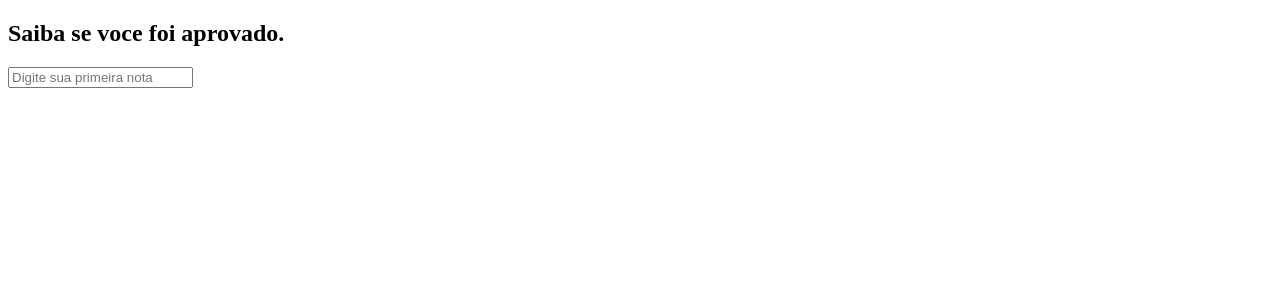
Repository: analessp/logica1
Page: index.html
These files come from the project's save history. The page is drawn as it stood at one moment and after the next save; the edit follows.
The browser window is 1280 px wide. The pictures show the whole page.

Above is the page before, as saved 2025-04-30 08:47:28.
Console error: SyntaxError: Illegal return statement

After the next save:
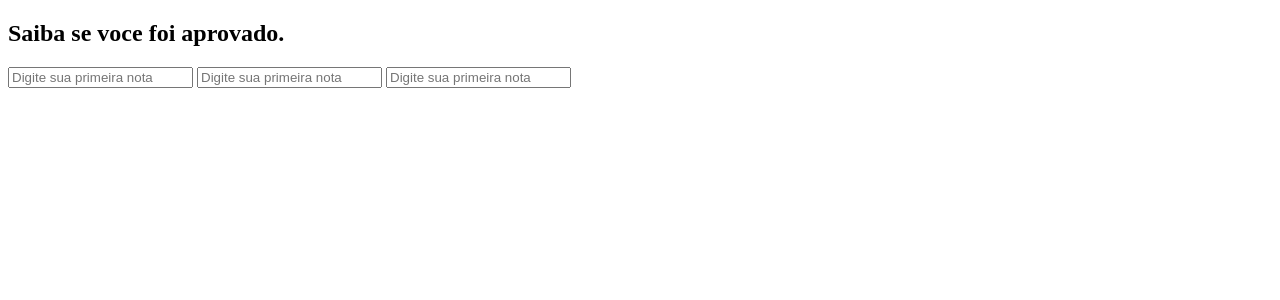
Saved 14 s later.
--- a/index.html
+++ b/index.html
@@ -8,6 +8,8 @@
 <body>
     <h2>Saiba se voce foi aprovado.</h2>
     <input type="text" placeholder = "Digite sua primeira nota">
+    <input type="text" placeholder = "Digite sua primeira nota">
+    <input type="text" placeholder = "Digite sua primeira nota">
     <script src="app.js"></script>
 </body>
 </html>
